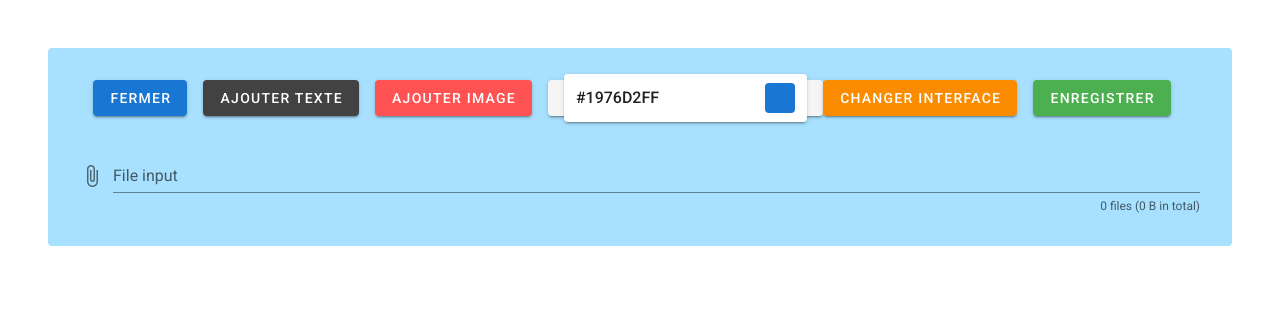
Repository: Hamagistral/BannerApp-Vue
Page: /#/dynamicPage
An editor plug-in stored every save of this project. The page is shown before and after the next save, followed by the edit.
The browser window is 1280 px wide. The pictures show the whole page.
The project was rebuilt for these pictures with package versions that can differ from the ones it lists, and the page was loaded fresh each time. Also part of the build but not shown: vue.config.js, src/components/WidgetText.vue, src/components/WidgetImage.vue, src/components/Home.vue.

Above is the page before, as saved 2023-02-07 01:48:59.

### public/index.html
<!DOCTYPE html>
<html lang="en">
  <head>
    <meta charset="utf-8">
    <meta http-equiv="X-UA-Compatible" content="IE=edge">
    <meta name="viewport" content="width=device-width,initial-scale=1.0">
    <link rel="icon" href="<%= BASE_URL %>favicon.ico">
    <title>Banner App</title>
    <link rel="stylesheet" href="https://fonts.googleapis.com/css?family=Roboto:100,300,400,500,700,900">
    <link rel="stylesheet" href="https://cdn.jsdelivr.net/npm/@mdi/font@latest/css/materialdesignicons.min.css">
  </head>
  <body>
    <noscript>
      <strong>We're sorry but Banner App doesn't work properly without JavaScript enabled. Please enable it to continue.</strong>
    </noscript>
    <div id="app"></div>
    <!-- built files will be auto injected -->
  </body>
</html>

### src/App.vue
<template>
  <v-app>
    <v-main>
      <v-container class="pa-12" fluid>
        <router-view align="center" justify="center" ></router-view>
      </v-container>
    </v-main>
  </v-app>
</template>

<script>

export default {
  name: "App",
  components: {},
};
</script>

### src/router/index.js
import Vue from 'vue'
import VueRouter from 'vue-router'
import DynamicPage from '../components/DynamicPage'
import Home from "../components/Home";

Vue.use(VueRouter)

const routes = [
  {
    path: '/',
    name: 'home',
    component: Home
  },
  {
    path: '/dynamicPage',
    name: 'dynamicPage',
    component: DynamicPage
  },

]
const router = new VueRouter({
  routes
})

export default router

### src/components/DynamicPage.vue
<template>
  <div>
    <template>
      <v-form class="primary pa-8 lighten-4 rounded" ref="form" v-model="valid" lazy-validation>
        <v-btn color="primary" class="mr-4">
          Fermer
        </v-btn>

        <v-btn color="secondary" class="mr-4" @click="addMore()">
          Ajouter Texte
        </v-btn>

        <v-btn color="error" class="mr-4" @click="addImage()">
          Ajouter Image
        </v-btn>

        <v-btn>
            <v-text-field v-model="color" v-mask="mask" hide-details class="ma-0 pa-0" solo>
              <template v-slot:append>
                <v-menu v-model="menu" top nudge-bottom="105" nudge-left="16" :close-on-content-click="false">
                  <template v-slot:activator="{ on }">
                    <div :style="swatchStyle" v-on="on" />
                  </template>
                  <v-card>
                    <v-card-text class="pa-0">
                      <v-color-picker v-model="color" flat />
                    </v-card-text>
                  </v-card>
                </v-menu>
              </template>
            </v-text-field>
        </v-btn>

        <v-btn color="warning" class="mr-4">
          Changer Interface
        </v-btn>

        <v-btn color="success" class="mr-4">
          Enregistrer
        </v-btn>


        <template>
          <v-file-input
            show-size
            counter
            multiple
            label="File input"
            v-model="chosenFile"
            class="mt-8"
          ></v-file-input>
        </template>
      </v-form>
    </template>

    <div v-for="(course, index) in courses" :key="`text-${index}`">
      <WidgetText></WidgetText>
    </div>
    <div v-for="(file, index) in previewImages" :key="`image-${index}`">
      <WidgetImage :previews="file" vif="file"></WidgetImage>
    </div>
  </div>
</template>

<script>
import WidgetText from "./WidgetText";
import WidgetImage from "./WidgetImage";

export default {
  name: "dynamicPage",
  components: {
    WidgetText,
    WidgetImage,
  },
  props: {
    msg: String,
  },
  data() {
    return {
      chosenFile: null,
      valid: false,

      preview: [
        {
          name: "AAA.jpg",
          chosenFile: "yasser",
        },
      ],

      previewImages: [],
      courses: 0,
      color: '#1976D2FF',
      mask: '!#XXXXXXXX',
      menu: false,
    };
  },
  watch: {
    chosenFile: {
      handler(nw, od) {
        console.log(nw);
      },
      deep: true,
    },
  },
  methods: {
    clean() {
      this.chosenFile = null;
    },
    addMore() {
      this.courses += 1;
    },
    addImage() {
      if(this.chosenFile) {
      this.previewImages.push(...this.chosenFile);
      this.clean();
      } else {
        alert('Erreur, Veuillez choisir !')
      }
    },
  },
  computed: {
    swatchStyle() {
      const { color, menu } = this
      return {
        backgroundColor: color,
        cursor: 'pointer',
        height: '30px',
        width: '30px',
        borderRadius: menu ? '50%' : '4px',
        transition: 'border-radius 200ms ease-in-out'
      }
    },
  },
};
</script>

Loaded but not shown: src/main.js (common file); src/store/index.js (common file); src/plugins/vuetify.js (common file)

After the next save:
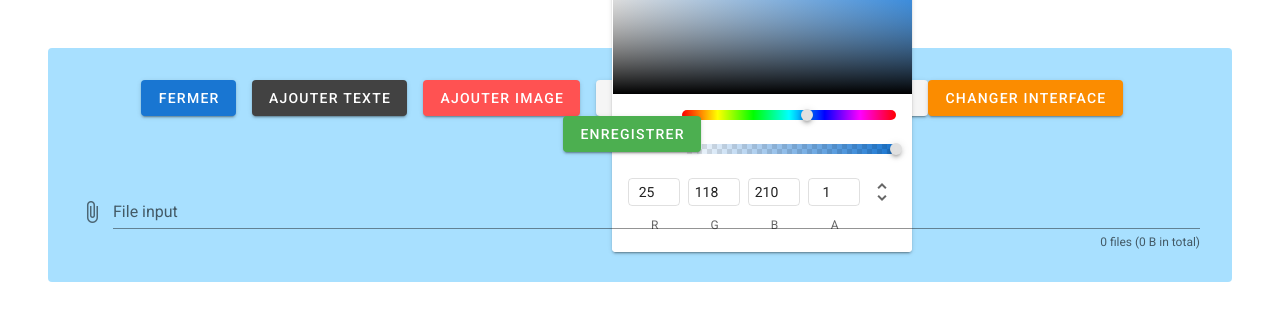
Saved 20 s later.
--- a/src/components/DynamicPage.vue
+++ b/src/components/DynamicPage.vue
@@ -15,20 +15,13 @@
         </v-btn>
 
         <v-btn>
-            <v-text-field v-model="color" v-mask="mask" hide-details class="ma-0 pa-0" solo>
-              <template v-slot:append>
-                <v-menu v-model="menu" top nudge-bottom="105" nudge-left="16" :close-on-content-click="false">
-                  <template v-slot:activator="{ on }">
-                    <div :style="swatchStyle" v-on="on" />
-                  </template>
+
                   <v-card>
                     <v-card-text class="pa-0">
                       <v-color-picker v-model="color" flat />
                     </v-card-text>
                   </v-card>
-                </v-menu>
-              </template>
-            </v-text-field>
+
         </v-btn>
 
         <v-btn color="warning" class="mr-4">
